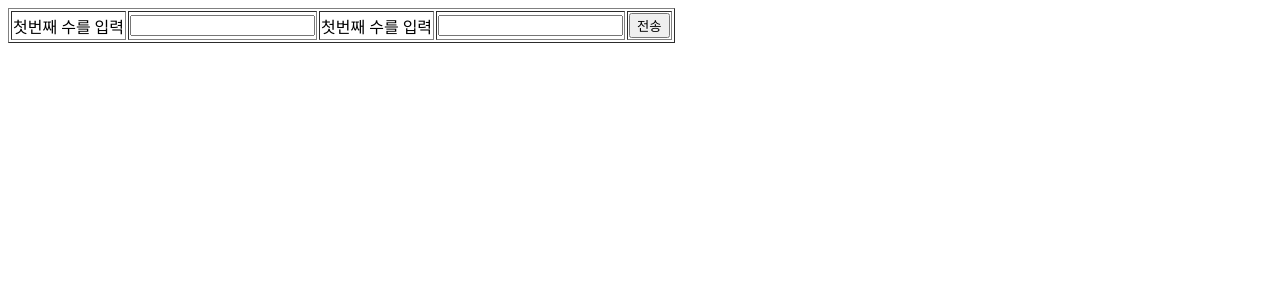
Repository: jjuhye/JSPWorkspace
Page: http://localhost/basic/ex03_form02.jsp
These files come from the project's save history. The page is drawn as it stood at one moment and after the next save; the edit follows.
The browser window is 1280 px wide. The pictures show the whole page.
The page is served by Tomcat 9. Other server files are loaded and not shown.

Above is the page before, as saved 2023-02-21 03:46:00.

### basic/src/main/webapp/ex03_form02.jsp
<%@ page language="java" contentType="text/html; charset=UTF-8"
    pageEncoding="UTF-8"%>
<!DOCTYPE html>
<html>
<head>
<meta charset="EUC-KR">
<title>Insert title here</title>
</head>
<body>
    <form action="ex03_form02.jsp" method="get">
    <table border="1">
    <tr>
        <td>첫번째 수를 입력</td>
        <td><input type = "text" name="su1"/></td>
        <td>첫번째 수를 입력</td>
        <td><input type = "text" name="su2"/></td>
        <td colspan="2"><button>전송</button></td>
    </tr>
    </table>

    </form>
</body>
</html>

After the next save:
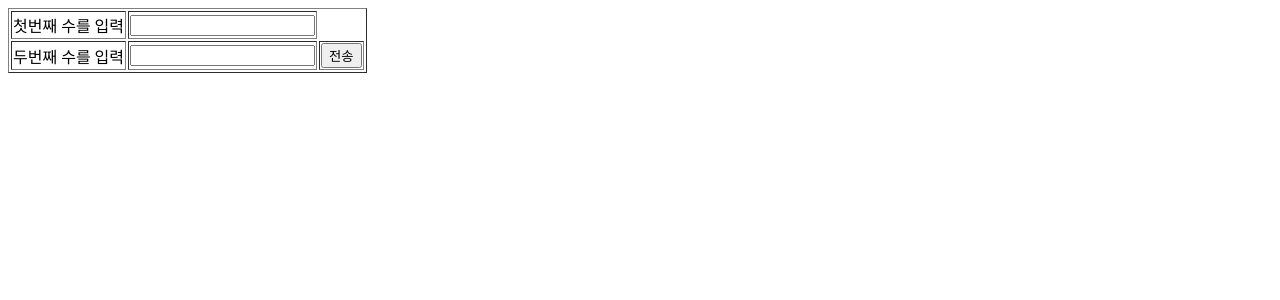
Saved 47 s later.
--- a/basic/src/main/webapp/ex03_form02.jsp
+++ b/basic/src/main/webapp/ex03_form02.jsp
@@ -12,7 +12,9 @@
     <tr>
         <td>첫번째 수를 입력</td>
         <td><input type = "text" name="su1"/></td>
-        <td>첫번째 수를 입력</td>
+    </tr>
+    <tr>
+        <td>두번째 수를 입력</td>
         <td><input type = "text" name="su2"/></td>
         <td colspan="2"><button>전송</button></td>
     </tr>
